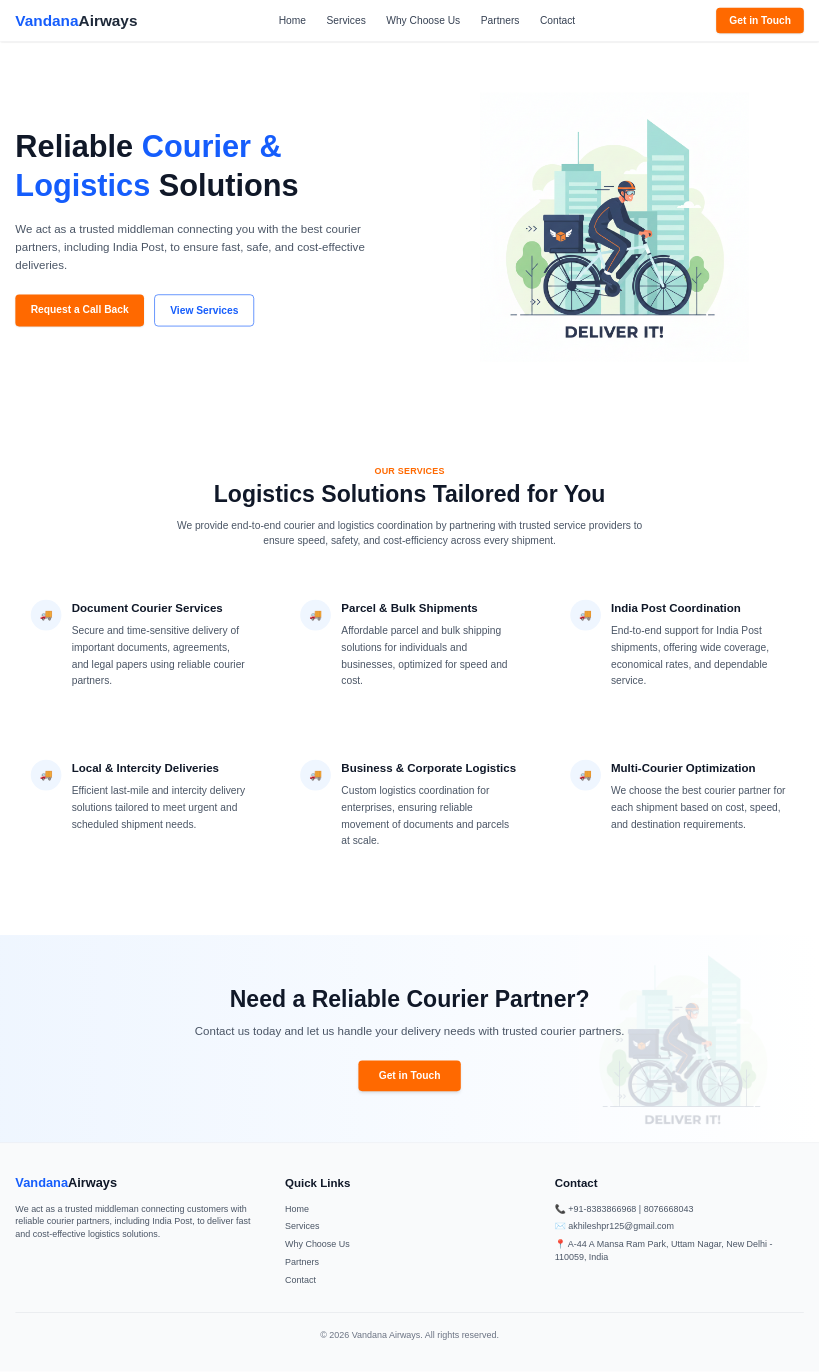
Repository: Rohit-foryou/Courier-Portfolio
Page: /
An editor plug-in stored every save of this project. The page is shown before and after the next save, followed by the edit.
The browser window is 1280 px wide. The pictures show the whole page, at 64% of full size.
The project was rebuilt for these pictures with package versions that can differ from the ones it lists, and the page was loaded fresh each time. The framework's server and built-in components were replaced by stand-ins that run in the browser. Also part of the build but not shown: next.config.ts.

Above is the page before, as saved 2026-02-09 22:35:54.

After the next save:
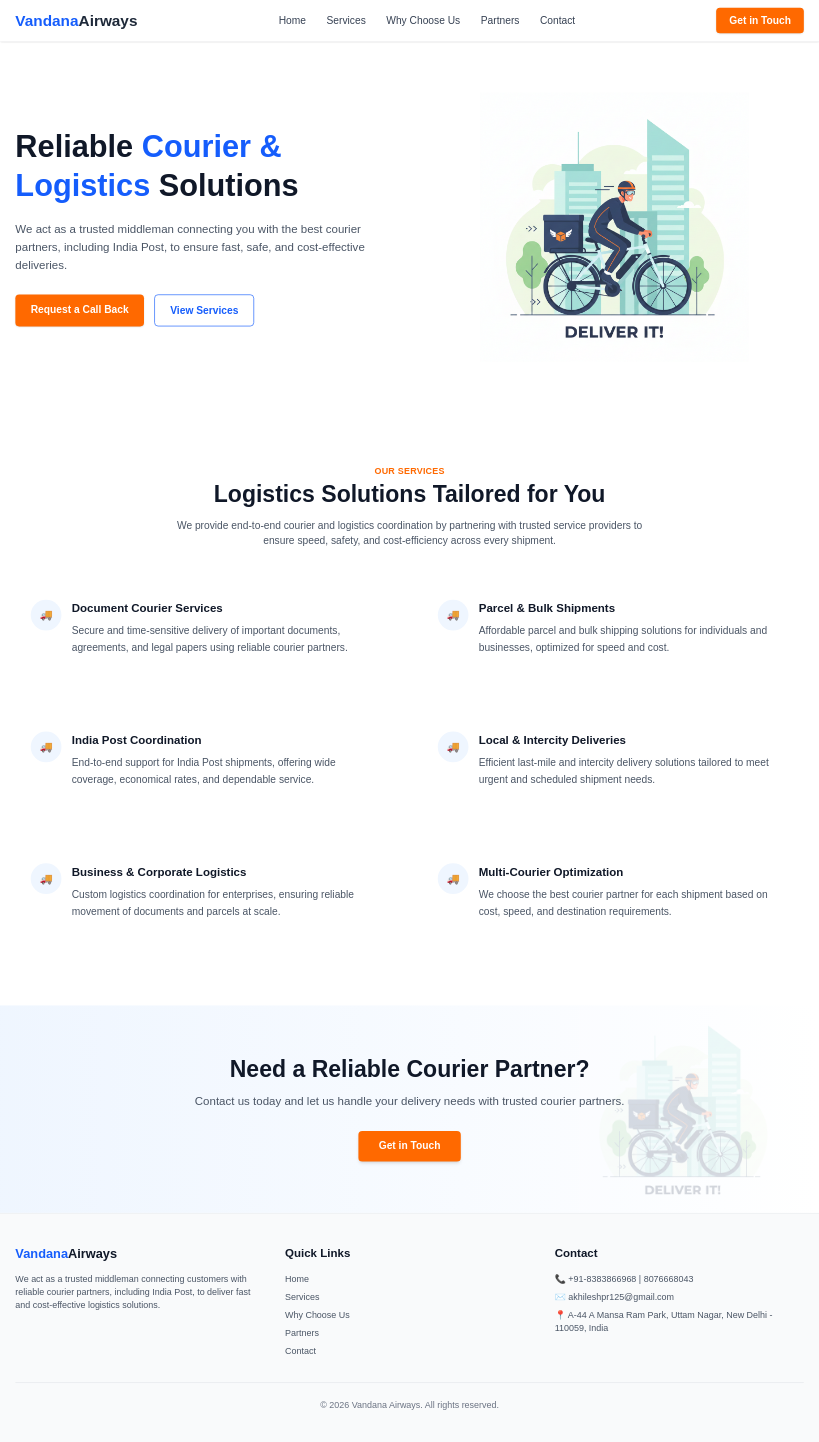
Saved 72 s later.
--- a/components/ServiceOverview.tsx
+++ b/components/ServiceOverview.tsx
@@ -4,7 +4,6 @@
   return (
     <section className="bg-white py-20">
       <div className="max-w-7xl mx-auto px-6">
-
         {/* Section Header */}
         <div className="text-center max-w-3xl mx-auto">
           <p className="text-sm font-semibold text-orange-500 uppercase tracking-wide">
@@ -14,14 +13,14 @@
             Logistics Solutions Tailored for You
           </h2>
           <p className="mt-4 text-gray-600">
-            We provide end-to-end courier and logistics coordination by partnering
-            with trusted service providers to ensure speed, safety, and
-            cost-efficiency across every shipment.
+            We provide end-to-end courier and logistics coordination by
+            partnering with trusted service providers to ensure speed, safety,
+            and cost-efficiency across every shipment.
           </p>
         </div>
 
         {/* Services Grid */}
-        <div className="mt-14 grid grid-cols-1 md:grid-cols-2 lg:grid-cols-3 gap-8">
+        <div className="mt-14 grid grid-cols-1 md:grid-cols-2 gap-10">
           <ServiceCard
             title="Document Courier Services"
             description="Secure and time-sensitive delivery of important documents, agreements, and legal papers using reliable courier partners."
@@ -39,7 +38,8 @@
             description="Efficient last-mile and intercity delivery solutions tailored to meet urgent and scheduled shipment needs."
           />
           <ServiceCard
-            title="Business & Corporate Logistics"
+            title="Business & Corporate
+            Logistics"
             description="Custom logistics coordination for enterprises, ensuring reliable movement of documents and parcels at scale."
           />
           <ServiceCard
